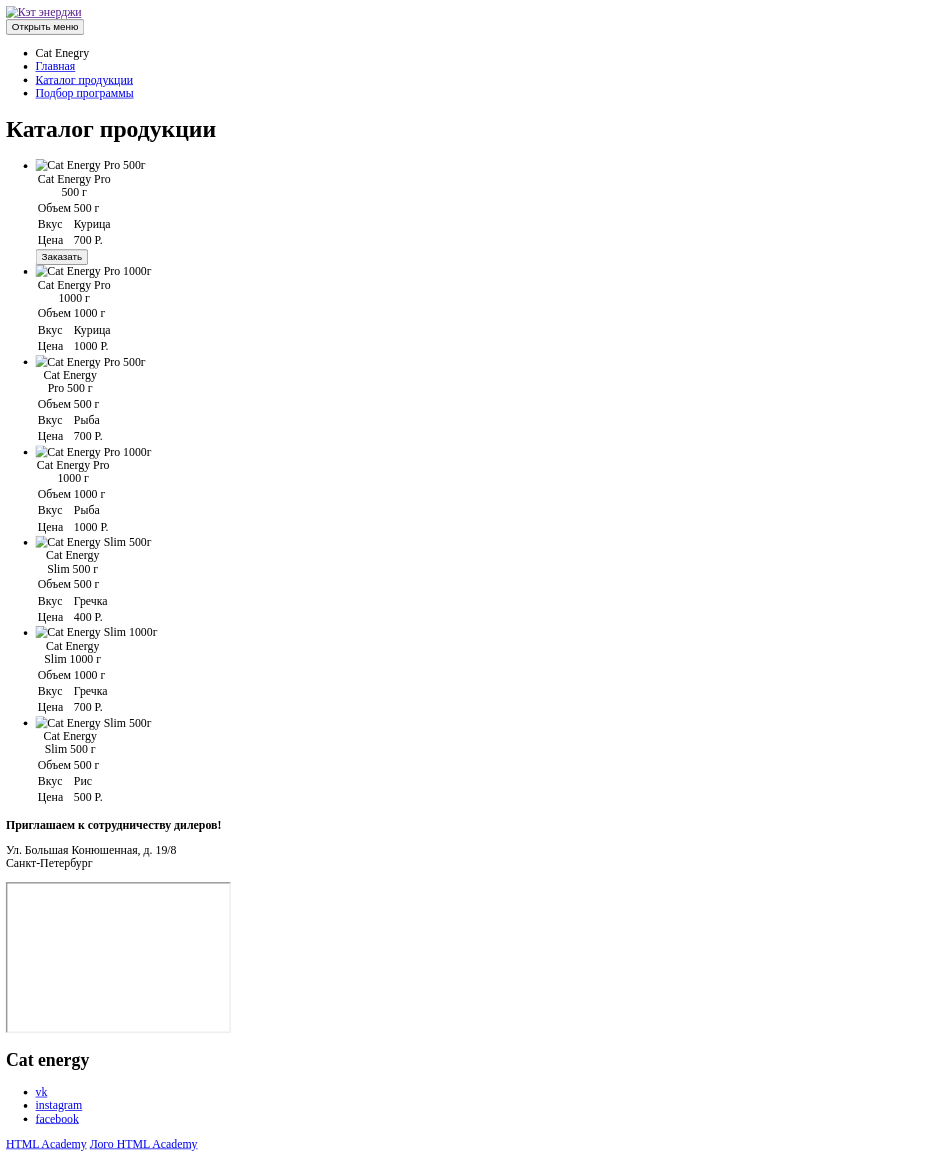
Repository: infernotw/1054987-cat-energy-17
Page: source/catalog.html
The author's editor kept a copy of each file at every save. The page is drawn from the files as they stood at one save, then again after the next save.
The browser window is 1280 px wide. The pictures show the whole page, at 74% of full size.

Above is the page before, as saved 2019-07-17 05:37:34.

After the next save:
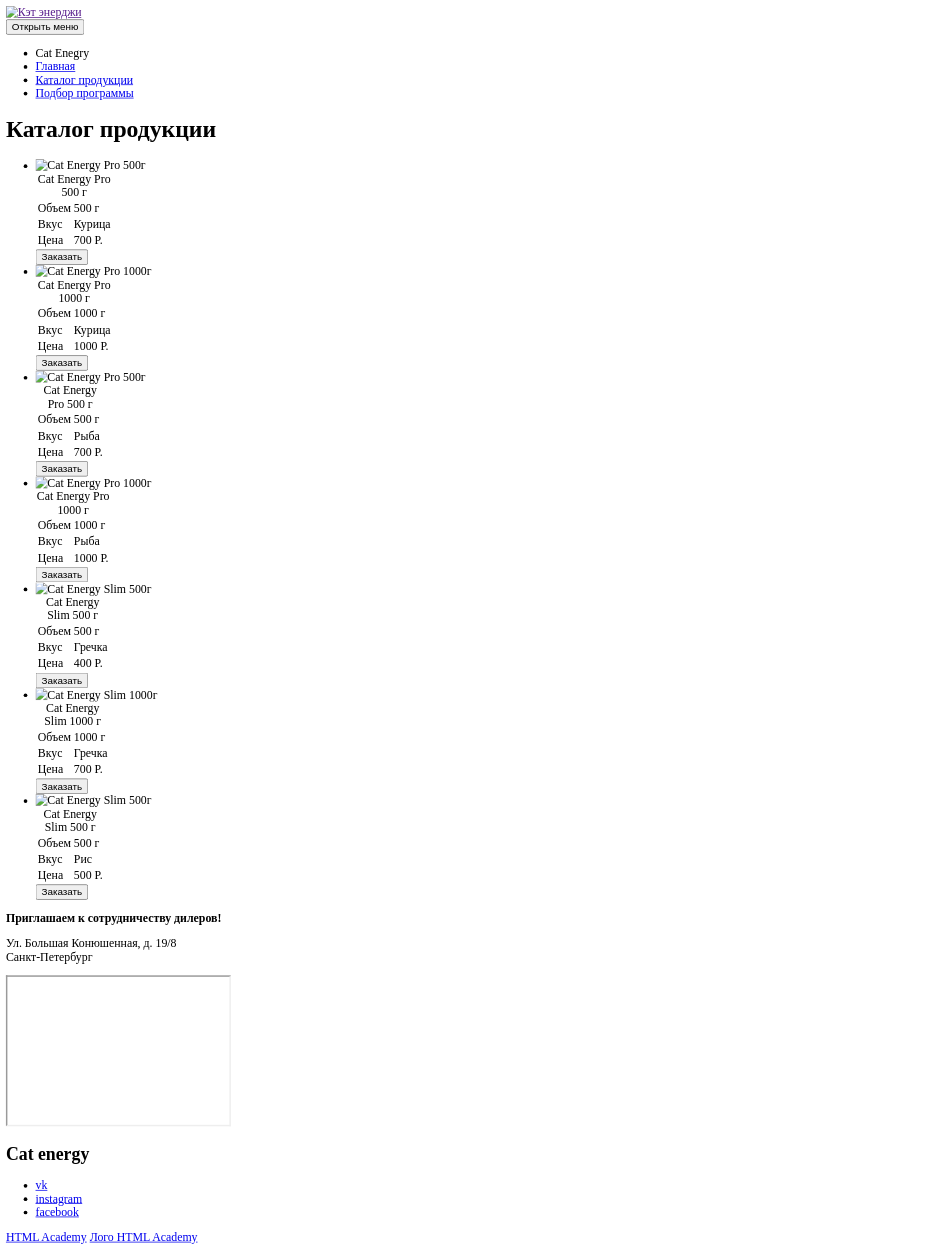
Saved 20 s later.
--- a/source/catalog.html
+++ b/source/catalog.html
@@ -74,6 +74,7 @@
                 <td class="catalog__value">1000 Р.</td>
               </tr>
             </table>
+            <button class="button catalog__button" type="button">Заказать</button>
           </li>
           <li class="catalog__item">
             <img src="#" alt="Cat Energy Pro 500г" class="catalog__img">
@@ -92,6 +93,7 @@
                 <td class="catalog__value">700 Р.</td>
               </tr>
             </table>
+            <button class="button catalog__button" type="button">Заказать</button>
           </li>
           <li class="catalog__item">
             <img src="#" alt="Cat Energy Pro 1000г" class="catalog__img">
@@ -110,6 +112,7 @@
                 <td class="catalog__value">1000 Р.</td>
               </tr>
             </table>
+            <button class="button catalog__button" type="button">Заказать</button>
           </li>
           <li class="catalog__item">
             <img src="#" alt="Cat Energy Slim 500г" class="catalog__img">
@@ -128,6 +131,7 @@
                 <td class="catalog__value">400 Р.</td>
               </tr>
             </table>
+            <button class="button catalog__button" type="button">Заказать</button>
           </li>
           <li class="catalog__item">
             <img src="#" alt="Cat Energy Slim 1000г" class="catalog__img">
@@ -146,6 +150,7 @@
                 <td class="catalog__value">700 Р.</td>
               </tr>
             </table>
+            <button class="button catalog__button" type="button">Заказать</button>
           </li>
           <li class="catalog__item">
             <img src="#" alt="Cat Energy Slim 500г" class="catalog__img">
@@ -164,6 +169,7 @@
                 <td class="catalog__value">500 Р.</td>
               </tr>
             </table>
+            <button class="button catalog__button" type="button">Заказать</button>
           </li>
         </ul>
 
